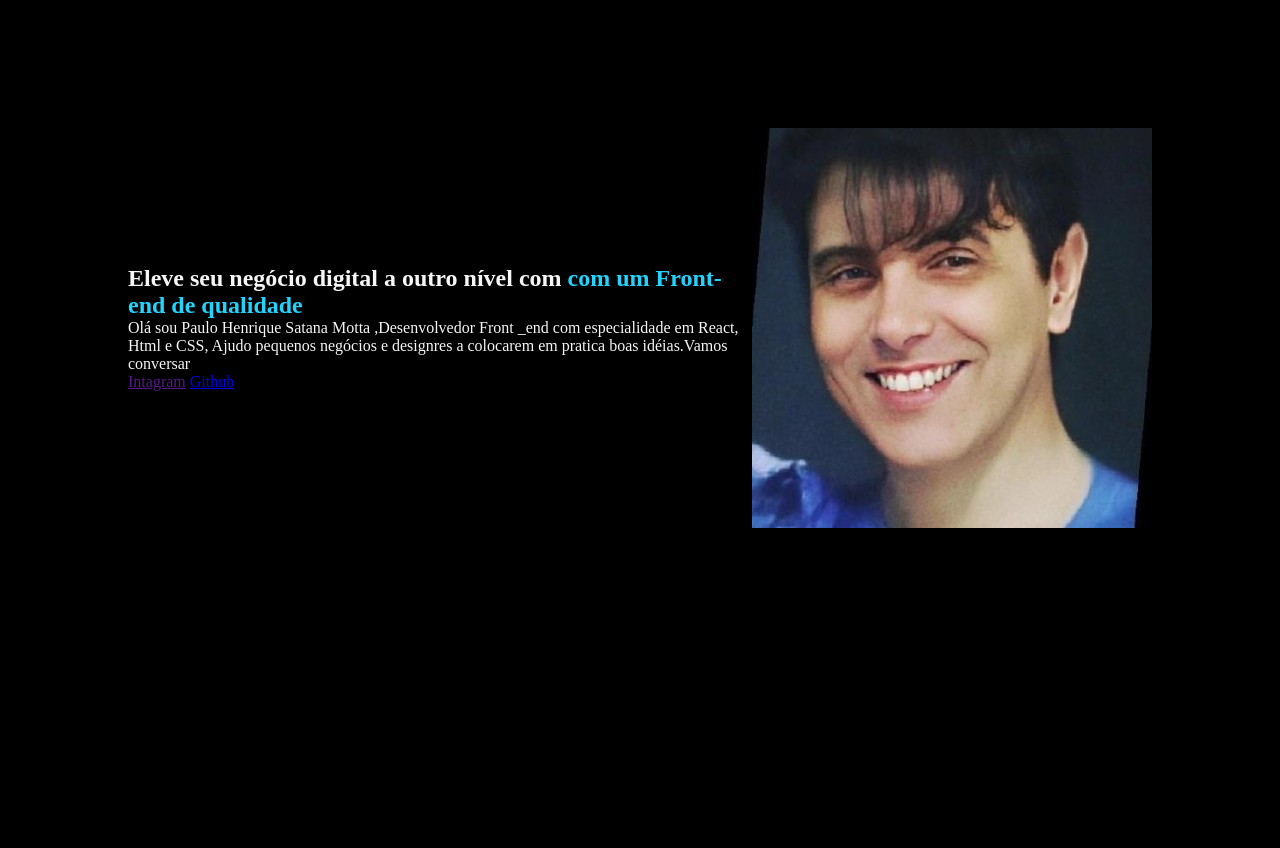
Repository: phsmottanerd/projeto-portfolio-alura
Page: index.html
The author's editor kept a copy of each file at every save. The page is drawn from the files as they stood at one save, then again after the next save.
The browser window is 1280 px wide. The pictures show the whole page.

Above is the page before, as saved 2025-01-23 02:40:56.

After the next save:
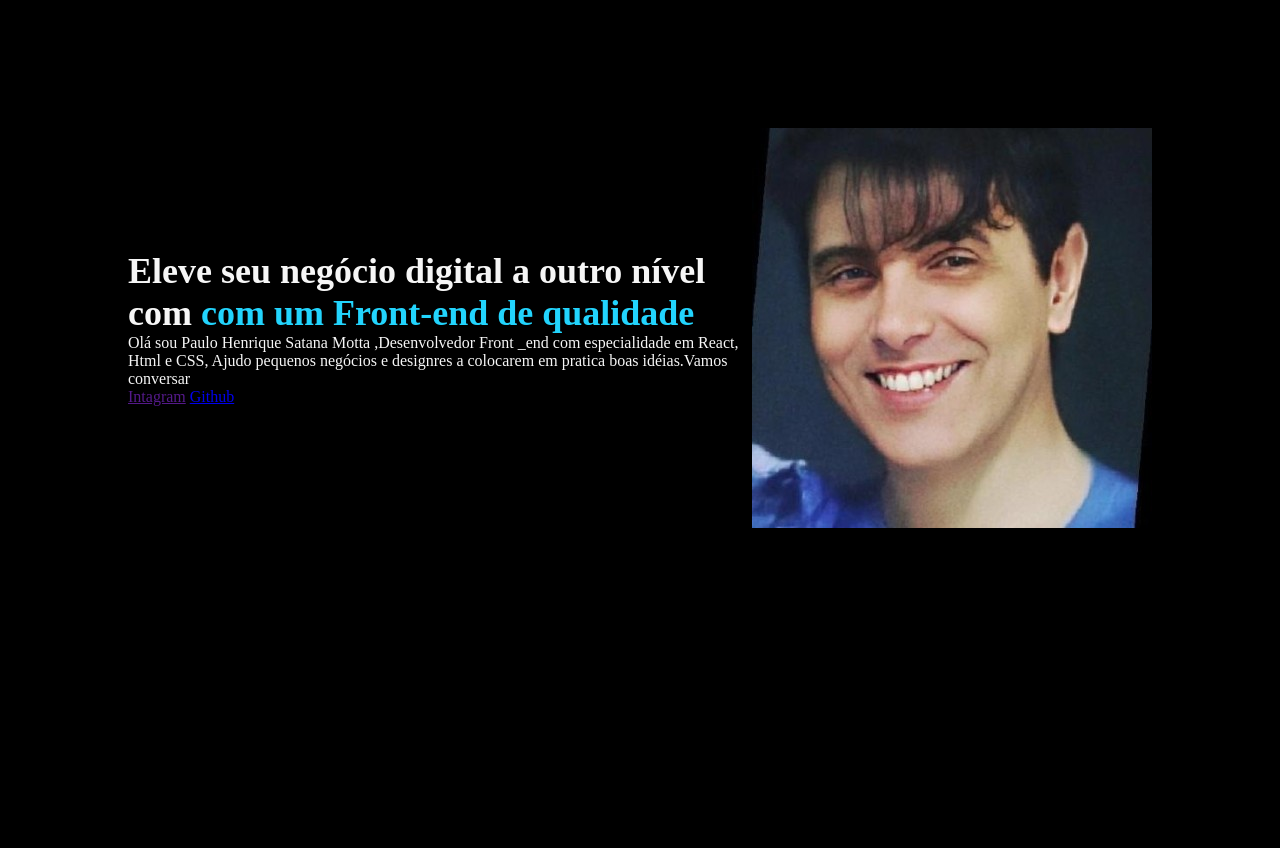
Saved 68 s later.
--- a/style.css
+++ b/style.css
@@ -24,3 +24,6 @@ body{
 width: 615px;
 
 }
+.apresentacao__conteudo__titulo{
+    font-size:36px;
+}
